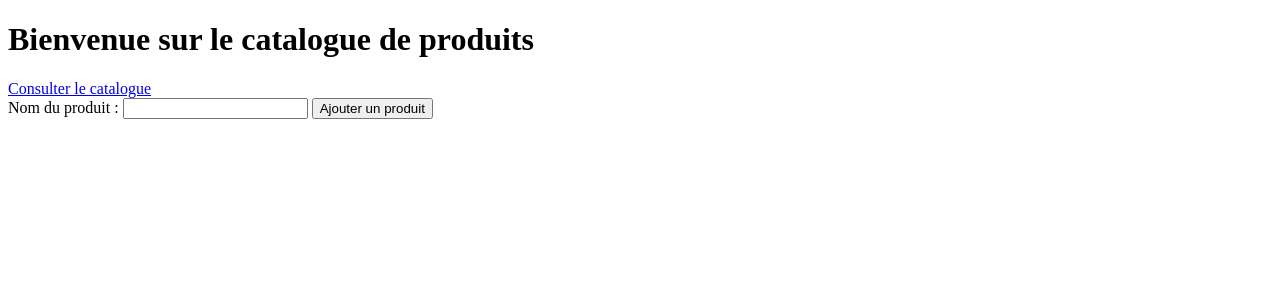
Repository: justfreezo/justfreezo.github.io
Page: Cours/PeriodeC/DevWeb/tpCatalogue/src/main/webapp/index.html
These files come from the project's save history. The page is drawn as it stood at one moment and after a run of saves; the edit follows.
The browser window is 1280 px wide. The pictures show the whole page.

Above is the page before, as saved 2024-02-24 15:20:20.

After the next 2 saves:
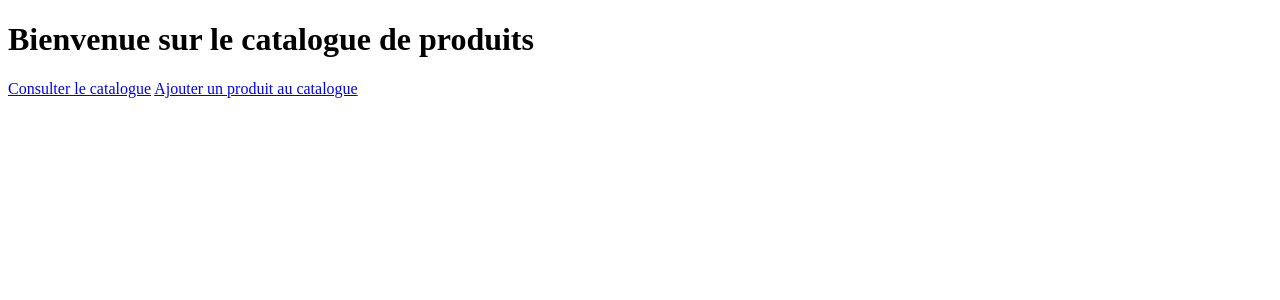
The 2 saves are shown as one change because 1 did not build or start.
The last was saved 3 min 13 s later.
--- a/Cours/PeriodeC/DevWeb/tpCatalogue/src/main/webapp/index.html
+++ b/Cours/PeriodeC/DevWeb/tpCatalogue/src/main/webapp/index.html
@@ -7,11 +7,7 @@
     <h1>Bienvenue sur le catalogue de produits</h1>
 
     <a href="Catalogue">Consulter le catalogue</a>
+    <a href="catalogue.jsp">Ajouter un produit au catalogue</a>
 
-    <form action="Catalogue" method="post">
-        <label for="nomProd">Nom du produit :</label>
-        <input type="text" id="nomProd" name="nomProd">
-        <button type="submit">Ajouter un produit</button>
-    </form>
 </body>
 </html>
